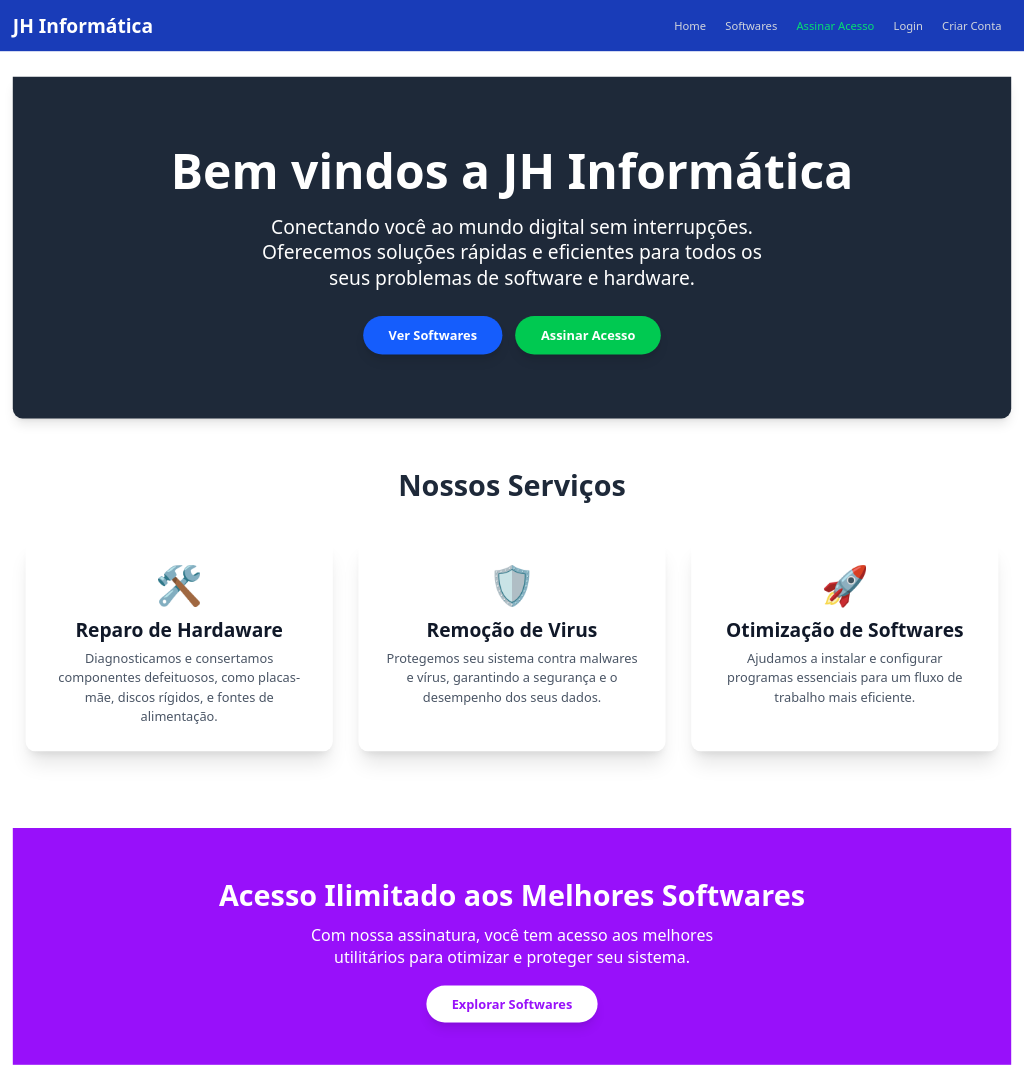
Repository: estevam02009/jh-info
Page: / (app in frontend/)
These files come from the project's save history. The page is drawn as it stood at one moment and after the next save; the edit follows.
The browser window is 1280 px wide. The pictures show the whole page, at 80% of full size.
The project was rebuilt for these pictures with package versions that can differ from the ones it lists, and the page was loaded fresh each time. Also part of the build but not shown: frontend/src/pages/Login.jsx, frontend/src/pages/Register.jsx, frontend/src/pages/Dashboard.jsx, frontend/src/components/ProtectedRoute.jsx, frontend/src/pages/SoftwareList.jsx, frontend/src/pages/SoftwareDetails.jsx, frontend/src/pages/SoftwareManagement.jsx, frontend/src/pages/PaymentPage.jsx and 1 more.

Above is the page before, as saved 2025-07-13 11:55:21.

### frontend/index.html
<!doctype html>
<html lang="en">
  <head>
    <meta charset="UTF-8" />
    <link rel="icon" type="image/svg+xml" href="/vite.svg" />
    <meta name="viewport" content="width=device-width, initial-scale=1.0" />
    <title>JH Informática</title>
  </head>
  <body>
    <div id="root"></div>
    <script type="module" src="/src/main.jsx"></script>
  </body>
</html>

### frontend/src/main.jsx
// src/main.jsx
import React from 'react';
import ReactDOM from 'react-dom/client';
import App from './App.jsx';
import './index.css'; // Para estilos globais
import { BrowserRouter } from 'react-router-dom';
import { AuthProvider } from './context/AuthContext.jsx'; // Contexto de Autenticação

ReactDOM.createRoot(document.getElementById('root')).render(
    <React.StrictMode>
        <BrowserRouter>
            <AuthProvider> {/* O AuthProvider envolve toda a aplicação */}
                <App />
            </AuthProvider>
        </BrowserRouter>
    </React.StrictMode>,
);

### frontend/src/App.jsx
import React from "react";
import {Link, Routes, Route} from "react-router-dom";
import Login from "./pages/Login.jsx";
import Register from "./pages/Register.jsx";
import Home from "./pages/Home.jsx";
import Dashboard from "./pages/Dashboard.jsx";
import ProtectedRoute from "./components/ProtectedRoute";
import SoftwareList from "./pages/SoftwareList";
import SoftwareDetails from "./pages/SoftwareDetails";
import SoftwareManagement from "./pages/SoftwareManagement";
import PaymentPage from "./pages/PaymentPage";
import MySoftwares from "./pages/MySoftwares.jsx";
import { useAuth } from "./context/AuthContext";


const App = () => {

    const { user, logout } = useAuth(); // Obtém o estado do usuário e a função de logout

    return (
        <>
            <nav className="bg-blue-800 p-4">
                <div className="container mx-auto flex justify-between items-center">
                    <Link to="/" className="text-white text-2xl font-bold">JH Informática</Link>
                    <div>
                        <Link to="/" className="text-gray-300 hover:bg-white hover:text-blue-500 px-3 py-2 rounded-md text-sm font-medium">Home</Link>
                        <Link to="/softwares" className="text-gray-300 hover:bg-white hover:text-blue-500 px-3 py-2 rounded-md text-sm font-medium">Softwares</Link>

                        {/* Link para a página de Pagamento/Assinatura */}
                        {!user?.hasPaidAccess && (
                            <Link to="/subscribe" className="text-green-400 hover:bg-gray-700 hover:text-green-200 px-3 py-2 rounded-md text-sm font-medium">Assinar Acesso</Link>
                        )}

                    {/*    Links visiveis apenas se o usuário estiver logado    */}
                        {user ? (
                            <>
                                <Link to="/dashboard" className="text-gray-300 hover:bg-white hover:text-blue-500 px-3 py-2 rounded-md text-sm font-medium">Dashboard</Link>
                                {user.hasPaidAccess && ( // Mostrar "Meus Softwares" apenas se tiver pago
                                    <Link to="/my-softwares" className="text-gray-300 hover:bg-white hover:text-blue-500 px-3 py-2 rounded-md text-sm font-medium">Meus Softwares</Link>
                                )}
                            {/* Link para gerenciamento de softwares - visivel apenas para admins logados */}
                                {user.role === "admin" && (
                                    <Link to="/admin/softwares" className="text-gray-300 hover:bg-white hover:text-blue-500 px-3 py-2 rounded-md text-sm font-medium">Gerenciar Softwares</Link>
                                )}
                                <button
                                    onClick={logout}
                                    className="bg-red-600 hover:bg-red-800 px-3 py-2 rounded-md text-sm text-white font-medium ml-4"
                                >Sair</button>
                            </>
                        ) : (

                            <>
                                {/* Links visivéis apenas se o usuário não estiver logado */}
                                <Link to="/login" className="text-gray-300 hover:bg-white hover:text-blue-500 px-3 py-2 rounded-md text-sm font-medium">Login</Link>
                                <Link to="/register" className="text-gray-300 hover:bg-white hover:text-blue-500 px-3 py-2 rounded-md text-sm font-medium">Criar Conta</Link>
                            </>
                        )}
                    </div>
                </div>
            </nav>

            {/* Conteúdo principal*/}
            <div className="container mx-auto p-4 mt-4">
                <Routes>
                    <Route path="/" element={<Home />} />
                    <Route path="/login" element={<Login />} />
                    <Route path="/register" element={<Register />} />

                    <Route path="/softwares" element={<SoftwareList />} /> {/* <-- Nova Rota */}
                    <Route path="/softwares/:id" element={<SoftwareDetails />} />

                    {/* Rota para a página de assinatura. É acessível se o usuário estiver logado ou não, mas a lógica de pagamento exige login */}
                    <Route path="/subscribe" element={<PaymentPage />} />

                {/* Rotas protegidas */}
                    <Route element={<ProtectedRoute />}>
                        <Route path="/dashboard" element={<Dashboard />}></Route>
                        <Route path="/my-softwares" element={<MySoftwares />} />
                    </Route>

                    <Route element={<ProtectedRoute allowedRoles={['admin']} />}>
                        <Route path="/admin/softwares" element={<SoftwareManagement />} />
                    </Route>

                    <Route path="*" element={<h2 className="text-4xl font-bold text-red-500">404 - Página não encontrada</h2>}></Route>
                </Routes>
            </div>
        </>
    )
}

export default App;

### frontend/src/context/AuthContext.jsx
// src/context/AuthContext.jsx
import React, { createContext, useState, useEffect, useContext } from 'react';
import axios from 'axios';

const AuthContext = createContext();

export const AuthProvider = ({ children }) => {
    // O estado 'user' agora conterá o campo 'hasPaidAccess'
    const [user, setUser] = useState(null);
    const [token, setToken] = useState(null);
    const [loading, setLoading] = useState(true); // Para saber se o token está sendo verificado

    // Base da URL da sua API
    const API_URL = 'http://localhost:5000/api'; // Certifique-se que a porta está correta

    // Carrega o token e usuário do localStorage ao iniciar
    useEffect(() => {
        const storedToken = localStorage.getItem('token');
        const storedUser = localStorage.getItem('user');

        if (storedToken && storedUser) {
            setToken(storedToken);

            if (storedToken && storedUser) {
                setToken(storedToken);
                // Garante que o usuário no estado inclui 'hasPaidAccess'
                try {
                    const userData = JSON.parse(storedUser);
                    setUser(userData);
                } catch (error) {
                    console.error('Erro ao fazer parse do usuário do localStorage:', error);
                    localStorage.removeItem('token');
                    localStorage.removeItem('user');
                }
            }

            // Configura o token no cabeçalho padrão do Axios para todas as requisições
            axios.defaults.headers.common['Authorization'] = `Bearer ${storedToken}`;
        }
        setLoading(false);
    }, []);

    const login = async (email, password) => {
        try {
            const response = await axios.post(`${API_URL}/auth/login`, { email, password });
            const { token, hasPaidAccess, ...userData } = response.data; // Capture 'hasPaidAccess'

            setToken(token);
            // Certifique-se de que o objeto user no estado inclui hasPaidAccess
            setUser({ ...userData, hasPaidAccess: hasPaidAccess });

            localStorage.setItem('token', token);
            // Armazene o objeto de usuário completo no localStorage, incluindo 'hasPaidAccess'
            localStorage.setItem('user', JSON.stringify({ ...userData, hasPaidAccess: hasPaidAccess }));

            axios.defaults.headers.common['Authorization'] = `Bearer ${token}`; // Atualiza o header
            return response.data;
        } catch (error) {
            console.error('Erro de login:', error.response?.data || error.message);
            throw error.response?.data || { message: 'Erro ao fazer login' };
        }
    };

    // Função para atualizar o estado do usuário (útil após o pagamento)
    const updateUserAccessStatus = (updatedUser) => {
        setUser(updatedUser);
        localStorage.setItem('user', JSON.stringify(updatedUser));
    }

    const register = async (name, email, password, role = 'user') => {
        try {
            const response = await axios.post(`${API_URL}/auth/register`, { name, email, password, role });
            // Geralmente, após o registro, você pode logar o usuário automaticamente ou redirecioná-lo para a tela de login
            return response.data;
        } catch (error) {
            console.error('Erro de registro:', error.response?.data || error.message);
            throw error.response?.data || { message: 'Erro ao registrar' };
        }
    };

    const logout = () => {
        setToken(null);
        setUser(null);
        localStorage.removeItem('token');
        localStorage.removeItem('user');
        delete axios.defaults.headers.common['Authorization']; // Remove o header do Axios
    };

    return (
        <AuthContext.Provider value={{ user, token, loading, login, register, logout, updateUserAccessStatus }}>
            {children}
        </AuthContext.Provider>
    );
};

export const useAuth = () => useContext(AuthContext);

### frontend/src/pages/Home.jsx
import React from 'react';
import { Link } from 'react-router-dom';

const Home = () => {
    return (
        <div className="flex flex-col items-center">

            {/* Seção Principal (Hero) */}
            <div className='bg-gray-800 text-white w-full py-20 px-4 text-center rounded-b-xl shadow-lg'>
                <h1 className='text-5xl md:text-6xl font-extrabold leading-tight mb-4'>
                    Bem vindos a JH Informática
                </h1>
                <p className='text-xl md:text-2xl font-light max-w-2xl mx-auto mb-8'>
                    Conectando você ao mundo digital sem interrupções. Oferecemos soluções rápidas e eficientes para todos os seus problemas de software e hardware.
                </p>
                <div className="flex justify-center space-x-4">
                    <Link
                        to="/softwares"
                        className="bg-blue-600 hover:bg-blue-700 text-white font-bold py-3 px-8 rounded-full shadow-lg transition duration-300"
                    >
                        Ver Softwares
                    </Link>
                    <Link
                        to="/subscribe"
                        className="bg-green-500 hover:bg-green-700 text-white font-bold py-3 px-8 rounded-full shadow-lg transition duration-300"
                    >
                        Assinar Acesso
                    </Link>
                </div>
            </div>

            {/* Seção nossos serviços */}
            <div className="container mx-auto py-16 px-4">
                <h2 className="text-4xl font-bold text-center text-gray-800 mb-12">Nossos Serviços</h2>
                <div className='grid grid-cols-1 md:grid-cols-2 lg:grid-cols-3 gap-8'>

                    {/* Card de Serviços */}
                    <div className='bg-white rounded-xl shadow-xl p-8 text-center transition-transform transform hover:scale-106 duration-300'>
                        <div className='text-5xl text-blue-600 mb-4'>🛠️</div>
                        <h3 className='text-2xl font-semibold text-gray-900 mb-2'>Reparo de Hardaware</h3>
                        <p className='text-gray-600'>
                            Diagnosticamos e consertamos componentes defeituosos, como placas-mãe, discos rígidos, e fontes de alimentação.
                        </p>
                    </div>

                    {/* Card de Serviços 2 */}
                    <div className='bg-white rounded-xl shadow-xl p-8 text-center transition-transform transform hover:scale-106 duration-300'>
                        <div className='text-5xl text-blue-600 mb-4'>🛡️</div>
                        <h3 className='text-2xl font-semibold text-gray-900 mb-2'>Remoção de Virus</h3>
                        <p className='text-gray-600'>
                            Protegemos seu sistema contra malwares e vírus, garantindo a segurança e o desempenho dos seus dados.
                        </p>
                    </div>

                    {/* Card de Serviços 2 */}
                    <div className='bg-white rounded-xl shadow-xl p-8 text-center transition-transform transform hover:scale-106 duration-300'>
                        <div className='text-5xl text-blue-600 mb-4'>🚀</div>
                        <h3 className='text-2xl font-semibold text-gray-900 mb-2'>Otimização de Softwares</h3>
                        <p className='text-gray-600'>
                            Ajudamos a instalar e configurar programas essenciais para um fluxo de trabalho mais eficiente.
                        </p>
                    </div>
                </div>
            </div>

            {/* Seção de chamada para a ação */}
            <div className="w-full bg-purple-600 text-white text-center py-16 px-4 mt-8">
                <h2 className="text-3xl md:text-4xl font-bold mb-4">Acesso Ilimitado aos Melhores Softwares</h2>
                <p className="text-lg md:text-xl font-light mb-8 max-w-xl mx-auto">
                    Com nossa assinatura, você tem acesso aos melhores utilitários para otimizar e proteger seu sistema.
                </p>
                <Link
                    to="/softwares"
                    className="bg-white text-purple-600 font-bold py-3 px-8 rounded-full shadow-lg transition duration-300 hover:bg-gray-100"
                >
                    Explorar Softwares
                </Link>
            </div>
        </div>
    )
}

export default Home;

Loaded but not shown: frontend/src/index.css (common file)

After the next save:
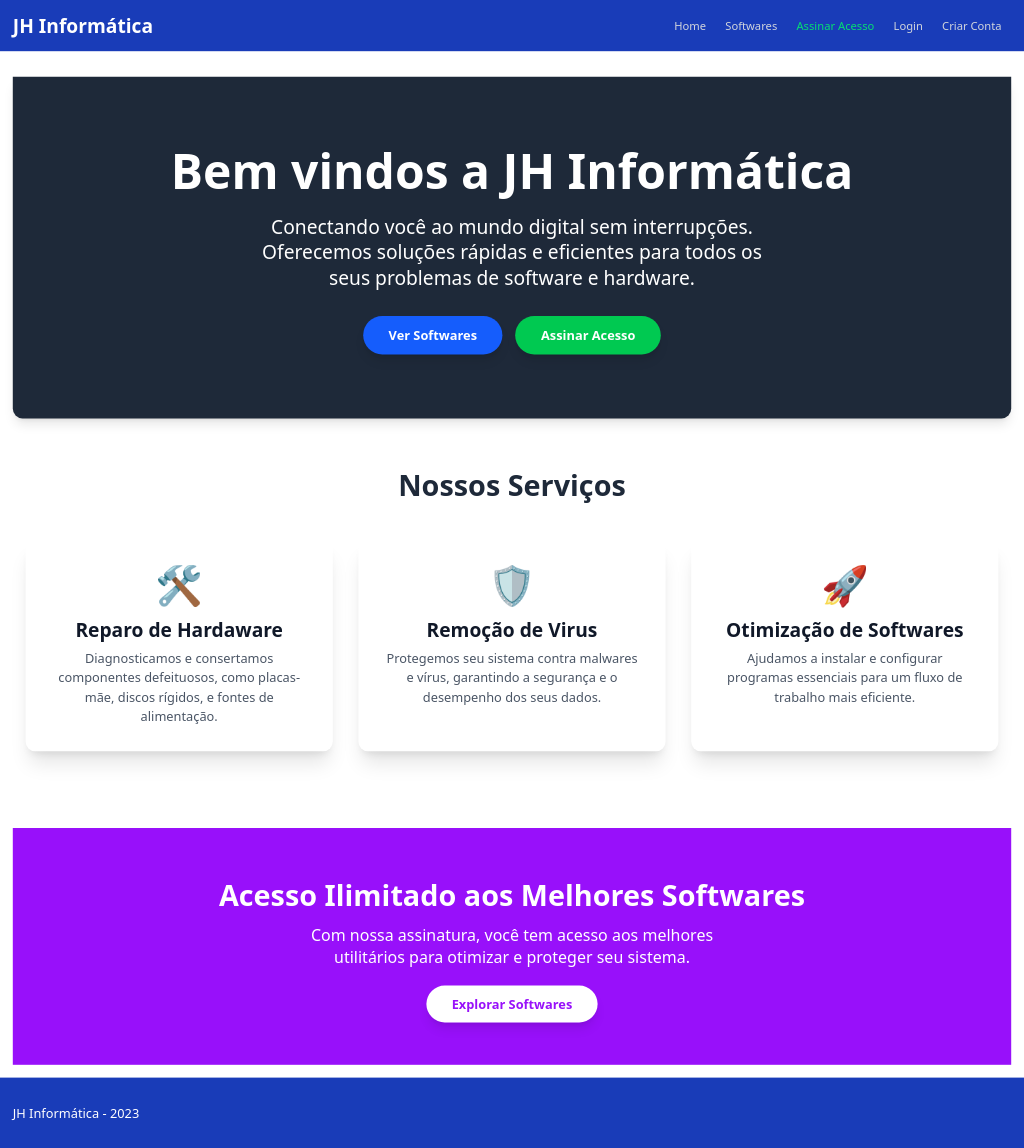
Saved 113 min 35 s later.
--- a/frontend/src/App.jsx
+++ b/frontend/src/App.jsx
@@ -85,6 +85,11 @@ const App = () => {
                     <Route path="*" element={<h2 className="text-4xl font-bold text-red-500">404 - Página não encontrada</h2>}></Route>
                 </Routes>
             </div>
+
+            {/* Footer (Rodapé) */}
+            <footer className='bg-blue-800 p-4 text-white py-8 px-4 mt-auto'>
+                <p>JH Informática - 2023</p>
+            </footer>
         </>
     )
 }
